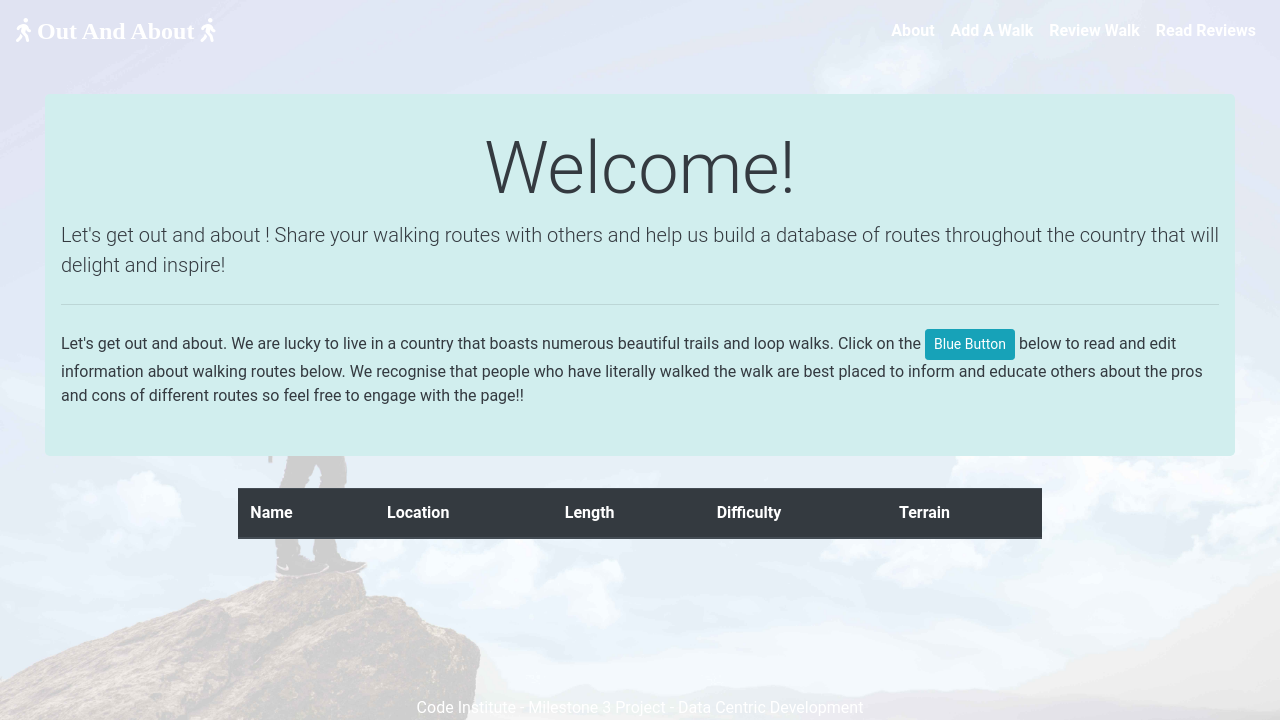
Repository: 5803emma/days-of-walking
Page: http://localhost/
The author's editor kept a record of every edit. The page is drawn from the files as they stood at one moment, then again after the next edit.
The browser window is 1280 px wide. The pictures show the whole page.
Some web libraries are served in a nearby version. The page is served by the project's application, run on Flask 3 (app.py). Queries for data that is not in the repository find no rows.

Above is the page before.

### templates/home.html
{% extends 'base.html'%} {% block content %}

<div class="container-fluid">

 <div class="row-welcome justify-content-center">
  <div class="col-12 text-dark">
   <div class="jumbotron">
    <h1 class="display-3">Welcome!</h1>
    <p class="lead">Let's get out and about ! Share your walking routes with others and help us build a database of routes throughout the country that will delight and inspire!</p>
    <hr class="my-4">
    <p>Let's get out and about. We are lucky to live in a country that boasts numerous beautiful trails and loop walks. Click on the <button type="button" class="btn btn-info btn-sm">Blue Button</button> below to read and edit information about walking routes below. We recognise that people who have literally walked the walk are best placed to inform and educate others about the pros and cons of different routes so feel free to engage with the page!!</p>
   </div>
  </div>
 </div>

<div class="row justify-content-center">
  <div class="col-12 col-md-8 table-responsive table-data">
   <table class="table table-hover">
    <thead class="thead-dark">
     <tr>
      <th scope="col">Name</th>
      <th scope="col">Location</th>
      <th scope="col">Length</th>
      <th scope="col">Difficulty</th>
      <th scope="col">Terrain</th>
     </tr>
    </thead>
    <tbody>

     {% for walk in walks %}
     <tr>
      <td><a class="btn btn-info btn-sm" href="{{url_for('edit_walk', walk_id=walk._id)}}" role="button">{{walk.walk_name}}</a></td>
      <td>{{walk.walk_location}}</td>
      <td>{{walk.walk_length}}</td>
      <td>{{walk.walk_difficulty}}</td>
      <td>{{walk.walk_terrain}}</td>
     </tr>
     {% endfor %}
    </tbody>
   </table>


  </div>
  {% endblock %}

### templates/base.html
<!DOCTYPE html>
<html>

<head>
    <link rel="stylesheet" href="https://stackpath.bootstrapcdn.com/bootstrap/4.4.1/css/bootstrap.min.css">
    <link rel="stylesheet" href="https://cdnjs.cloudflare.com/ajax/libs/font-awesome/5.12.0/css/all.min.css" />
    <link rel="stylesheet" href="{{ url_for('static', filename='css/style.css') }}" type="text/css" />
</head>

<body>
    <header>
        <nav class="navbar navbar-expand-md navbar-dark home-logo-text">
            <a class="navbar-brand" href="{{url_for('get_walks')}}"><i
                    class="fas fa-walking"></i> Out And About <i
                    class="fas fa-walking"></i></a>
            <button class="navbar-toggler" type="button" data-toggle="collapse" data-target="#navbarNavAltMarkup" aria-controls="navbarNavAltMarkup" aria-expanded="false" aria-label="Toggle navigation">
                <span class="navbar-toggler-icon"></span>
            </button>
            <div class="collapse navbar-collapse" id="navbarNavAltMarkup">
                <div class="navbar-nav ml-auto">
                    <a class="nav-item nav-link" href="{{url_for('about')}}">About</a>
                    <a class="nav-item nav-link" href="{{url_for('add_new_walk')}}">Add A Walk</a>
                    <a class="nav-item nav-link" href="{{url_for('walk_review')}}">Review Walk</a>
                     <a class="nav-item nav-link" href="{{url_for('read_review')}}">Read Reviews</a>
                </div>
            </div>

        </nav>
    </header>

    <!-- Container for injected templates -->
    <div class="container-fluid justify-content-center">


    {% block content %} {% endblock %}

 <!-- Footer -->
  <footer class="fixed-bottom">
    <div class="container-fluid">
      <p class="m-0 text-center text-white">Code Institute - Milestone 3 Project - Data Centric Development</p>
    </div>
    <!-- /.container -->
  </footer>

    <script src="https://code.jquery.com/jquery-3.4.1.slim.min.js"></script>
    <script src="https://cdn.jsdelivr.net/npm/popper.js@1.16.0/dist/umd/popper.min.js"></script>
    <script src="https://stackpath.bootstrapcdn.com/bootstrap/4.4.1/js/bootstrap.min.js"></script>
</body>

</html>

### app.py
import os
from flask import Flask, render_template, redirect, request, url_for
from flask_pymongo import PyMongo
from bson.objectid import ObjectId

app = Flask(__name__)

app.config["MONGO_DBNAME"] = 'walking_app'
app.config["MONGO_URI"] = 'mongodb+srv://root:johnbell@myfirstcluster-20lqh.mongodb.net/walking_app?retryWrites=true&w=majority'

mongo = PyMongo(app)

@app.route("/")
@app.route("/get_walks")
def get_walks():
    return render_template("home.html", walks=mongo.db.walks.find())

@app.route("/about")
def about():
    return render_template("about.html")


@app.route("/add_new_walk")
def add_new_walk():
    return render_template("add_walk.html")


@app.route("/insert_walk", methods=['POST'])
def insert_walk():
    walk = mongo.db.walks
    walk.insert_one(request.form.to_dict())
    return redirect(url_for('get_walks'))

# Update Information About Walk

@app.route("/edit_walk/<walk_id>")
def edit_walk(walk_id):
    the_walk = mongo.db.walks.find_one({"_id": ObjectId(walk_id)})
    return render_template("update_walk.html", walk=the_walk)

@app.route("/update_walk/<walk_id>", methods=["POST"])
def update_walk(walk_id):
    walk = mongo.db.walks
    walk.update({'_id': ObjectId(walk_id)}, {
        'walk_name' : request.form.get('walk_name'),
        'walk_location' : request.form.get('walk_location'),
        'walk_length' : request.form.get('walk_length'),
        'walk_difficulty' : request.form.get('walk_difficulty'),
        'walk_terrain' : request.form.get('walk_terrain')
    })
    return redirect(url_for('get_walks'))

# Delete Option

@app.route("/delete_walk/<walk_id>")
def delete_walk(walk_id):
    mongo.db.walks.remove({'_id': ObjectId(walk_id)})
    return redirect(url_for('get_walks'))

@app.route("/leave_review")
def walk_review():
    return render_template("walk_review.html", walks=mongo.db.walks.find())

# Sends the data that the user inserts to the database

@app.route("/walk_review", methods=['POST'])
def insert_review():
    review = mongo.db.reviews
    review.insert_one(request.form.to_dict())
    return redirect(url_for('walk_review'))


@app.route("/read_review")
def read_review():
    return render_template("read_reviews.html", reviews=mongo.db.reviews.find())

if __name__ == "__main__":
    app.run(host=os.environ.get("IP", "0.0.0.0"),
    port=int(os.environ.get("PORT", "5000")),
    debug=True)

### static/css/style.css
body {
  background-image: url(../images/bg-image.jpg);
  background-color: #FAFAFA;
  background-repeat: no-repeat;
  background-size: cover;
  font-family: 'Roboto', sans-serif;
}

.navbar-dark .navbar-brand {
    color: #fff;
    font-weight: bold;
    font-family: "Tangerine", cursive;
    font-size: 1.5rem;
}

.navbar-dark .navbar-nav .nav-link {
    color: #fff;
    font-weight: bold;
}

h1, h2 {
  text-align: center;
}

.jumbotron {
    margin-top: 2rem;
    padding: 2rem 1rem;
    margin-bottom: 2rem;
    background-color: #D1EEEE;
    border-radius: .3rem;
}

.display-4 {
    font-size: 3.5rem;
    font-weight: 300;
    line-height: 1.2;
    font-family: "Tangerine", cursive;
}

.row {
  margin-top: 1rem;
  margin-bottom: 1rem;
}

.media-body {
  margin-top: 10px;
}

.btn-success {
    color: #fff;
    background-color: #5F9F9F;
    border-color: #5F9F9F;
}

After the next edit:
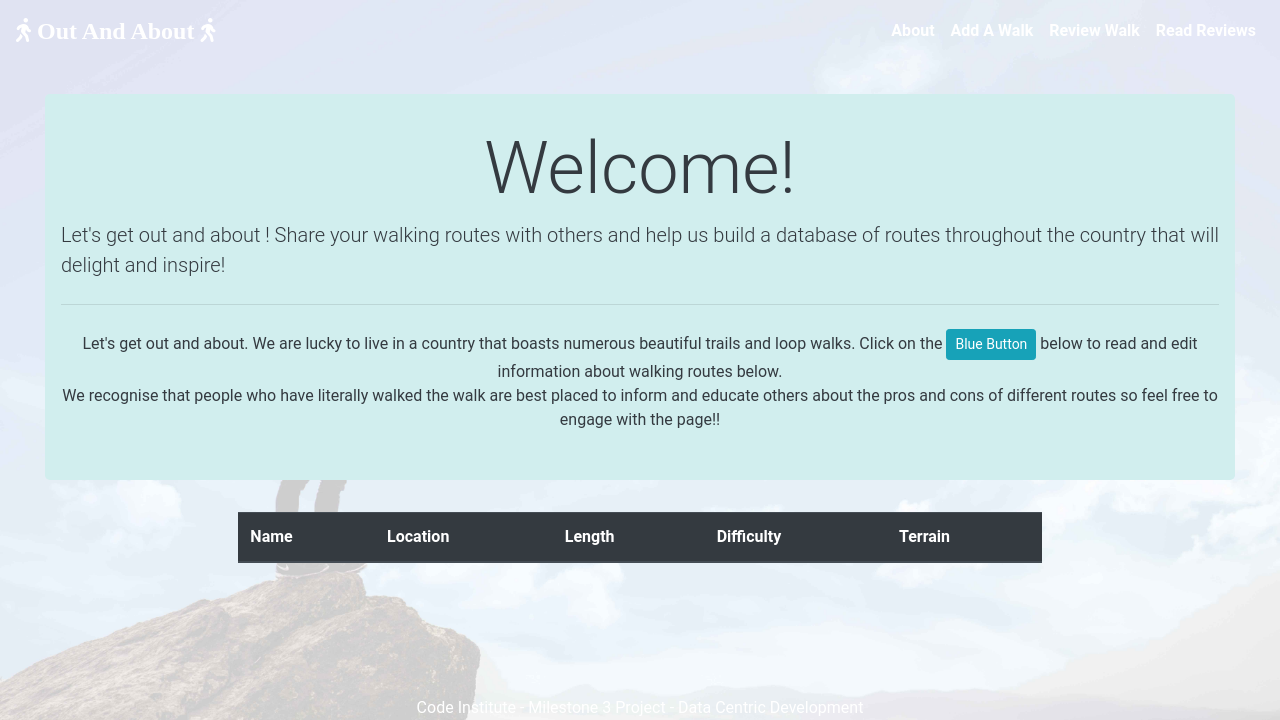
The edit:
--- a/templates/home.html
+++ b/templates/home.html
@@ -8,7 +8,7 @@
     <h1 class="display-3">Welcome!</h1>
     <p class="lead">Let's get out and about ! Share your walking routes with others and help us build a database of routes throughout the country that will delight and inspire!</p>
     <hr class="my-4">
-    <p>Let's get out and about. We are lucky to live in a country that boasts numerous beautiful trails and loop walks. Click on the <button type="button" class="btn btn-info btn-sm">Blue Button</button> below to read and edit information about walking routes below. We recognise that people who have literally walked the walk are best placed to inform and educate others about the pros and cons of different routes so feel free to engage with the page!!</p>
+    <p align="center">Let's get out and about. We are lucky to live in a country that boasts numerous beautiful trails and loop walks. Click on the <button type="button" class="btn btn-info btn-sm">Blue Button</button> below to read and edit information about walking routes below.<br> We recognise that people who have literally walked the walk are best placed to inform and educate others about the pros and cons of different routes so feel free to engage with the page!!</p>
    </div>
   </div>
  </div>
